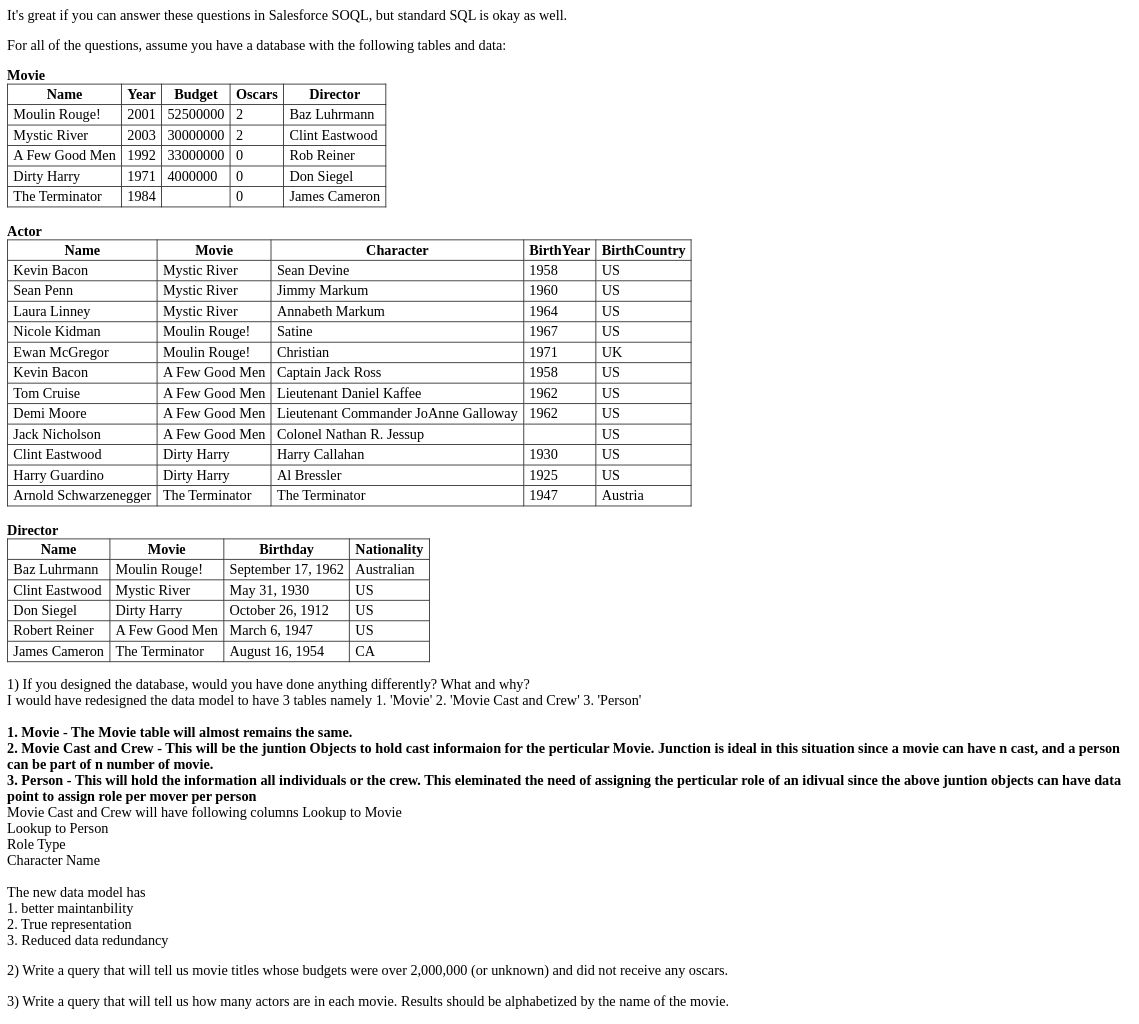
Repository: akhil33/AFFRM
Page: AFFIRM-NON-SFDC/Database.html
An editor plug-in stored every save of this project. The page is shown before and after the next save, followed by the edit.
The browser window is 1280 px wide. The pictures show the whole page, at 89% of full size.

Above is the page before, as saved 2022-04-07 21:11:53.

### AFFIRM-NON-SFDC/Database.html
<html>
	<head>
		<style type="text/css">
			table { border-collapse: collapse; border: solid 1px black; }
			td, th { border: solid 1px #333; padding: 2px 6px; }
		</style>
	</head>

	<body>
		<p>It's great if you can answer these questions in Salesforce SOQL, but standard SQL is okay as well.</p>

		<p>For all of the questions, assume you have a database with the following tables and data:</p>

		<b>Movie</b>
		<table>
			<tr>
				<th>Name</th>
				<th>Year</th>
				<th>Budget</th>
				<th>Oscars</th>
				<th>Director</th>
			</tr>
			<tr>
				<td>Moulin Rouge!</td>
				<td>2001</td>
				<td>52500000</td>
				<td>2</td>
				<td>Baz Luhrmann</td>
			</tr>
			<tr>
				<td>Mystic River</td>
				<td>2003</td>
				<td>30000000</td>
				<td>2</td>
				<td>Clint Eastwood</td>
			</tr>
			<tr>
				<td>A Few Good Men</td>
				<td>1992</td>
				<td>33000000</td>
				<td>0</td>
				<td>Rob Reiner</td>
			</tr>
			<tr>
				<td>Dirty Harry</td>
				<td>1971</td>
				<td>4000000</td>
				<td>0</td>
				<td>Don Siegel</td>
			</tr>
			<tr>
				<td>The Terminator</td>
				<td>1984</td>
				<td></td>
				<td>0</td>
				<td>James Cameron</td>
			</tr>
		</table>

		<br/>
		<b>Actor</b>
		<table>
			<tr>
				<th>Name</th>
				<th>Movie</th>
				<th>Character</th>
				<th>BirthYear</th>
				<th>BirthCountry</th>
			</tr>
			<tr>
				<td>Kevin Bacon</td>
				<td>Mystic River</td>
				<td>Sean Devine</td>
				<td>1958</td>
				<td>US</td>
			</tr>
			<tr>
				<td>Sean Penn</td>
				<td>Mystic River</td>
				<td>Jimmy Markum</td>
				<td>1960</td>
				<td>US</td>
			</tr>
			<tr>
				<td>Laura Linney</td>
				<td>Mystic River</td>
				<td>Annabeth Markum</td>
				<td>1964</td>
				<td>US</td>
			</tr>
			<tr>
				<td>Nicole Kidman</td>
				<td>Moulin Rouge!</td>
				<td>Satine</td>
				<td>1967</td>
				<td>US</td>
			</tr>
			<tr>
				<td>Ewan McGregor</td>
				<td>Moulin Rouge!</td>
				<td>Christian</td>
				<td>1971</td>
				<td>UK</td>
			</tr>
			<tr>
				<td>Kevin Bacon</td>
				<td>A Few Good Men</td>
				<td>Captain Jack Ross</td>
				<td>1958</td>
				<td>US</td>
			</tr>
			<tr>
				<td>Tom Cruise</td>
				<td>A Few Good Men</td>
				<td>Lieutenant Daniel Kaffee</td>
				<td>1962</td>
				<td>US</td>
			</tr>
			<tr>
				<td>Demi Moore</td>
				<td>A Few Good Men</td>
				<td>Lieutenant Commander JoAnne Galloway</td>
				<td>1962</td>
				<td>US</td>
			</tr>
			<tr>
				<td>Jack Nicholson</td>
				<td>A Few Good Men</td>
				<td>Colonel Nathan R. Jessup</td>
				<td></td>
				<td>US</td>
			</tr>
			<tr>
				<td>Clint Eastwood</td>
				<td>Dirty Harry</td>
				<td>Harry Callahan</td>
				<td>1930</td>
				<td>US</td>
			</tr>
			<tr>
				<td>Harry Guardino</td>
				<td>Dirty Harry</td>
				<td>Al Bressler</td>
				<td>1925</td>
				<td>US</td>
			</tr>
			<tr>
				<td>Arnold Schwarzenegger</td>
				<td>The Terminator</td>
				<td>The Terminator</td>
				<td>1947</td>
				<td>Austria</td>
			</tr>
		</table>

		<br/>
		<b>Director</b>
		<table>
			<tr>
				<th>Name</th>
				<th>Movie</th>
				<th>Birthday</th>
				<th>Nationality</th>
			</tr>
			<tr>
				<td>Baz Luhrmann</td>
				<td>Moulin Rouge!</td>
				<td>September 17, 1962</td>
				<td>Australian</td>
			</tr>
			<tr>
				<td>Clint Eastwood</td>
				<td>Mystic River</td>
				<td>May 31, 1930</td>
				<td>US</td>
			</tr>
			<tr>
				<td>Don Siegel</td>
				<td>Dirty Harry</td>
				<td>October 26, 1912</td>
				<td>US</td>
			</tr>
			<tr>
				<td>Robert Reiner</td>
				<td>A Few Good Men</td>
				<td>March 6, 1947</td>
				<td>US</td>
			</tr>
			<tr>
				<td>James Cameron</td>
				<td>The Terminator</td>
				<td>August 16, 1954</td>
				<td>CA</td>
			</tr>
		</table>


		<p>1) If you designed the database, would you have done anything differently? What and why?
			<br>
			I would have redesigned the data model to have 3 tables namely 1. 'Movie' 2. 'Movie Cast and Crew' 3. 'Person'
			<br><br><strong>
			1. Movie - The Movie table will almost remains the same. <br>
			2. Movie Cast and Crew - This will be the juntion Objects to hold cast informaion for the perticular Movie. Junction is ideal in this situation since a movie can have n cast, and a person can be part of n number of movie.<br>
			3. Person - This will hold the information all individuals or the crew. This eleminated the need of assigning the perticular role of an idivual since the above juntion objects can have data point to assign role per mover per person
			<br></strong>
			Movie Cast and Crew will have following columns
				Lookup to Movie 	<br>
				Lookup to Person <br>
				Role Type	<br>
				Character Name <br> <br>


			The new data model has <br>
			1. better maintanbility<br>
			2. True representation<br>
			3. Reduced data redundancy<br>

		<p>2) Write a query that will tell us movie titles whose budgets were over 2,000,000 (or unknown) and did not receive any oscars.

		<!--
			<p> select Name from Movie where Oscars = 0   // this querty will fetch the results mentioned but not a better coding style</p>
			<p> Select Name from Movie where Oscars = 0 and (Budget is null or Budget > 2000000)  // preferred.</p>
		-->

		<p>3) Write a query that will tell us how many actors are in each movie.  Results should be alphabetized by the name of the movie.</p>

		<!--
			<p> Select Movie,Count(Name) from Actor group by Movie test order by Movie asc </p>
		-->



	</body>
</html>

After the next save:
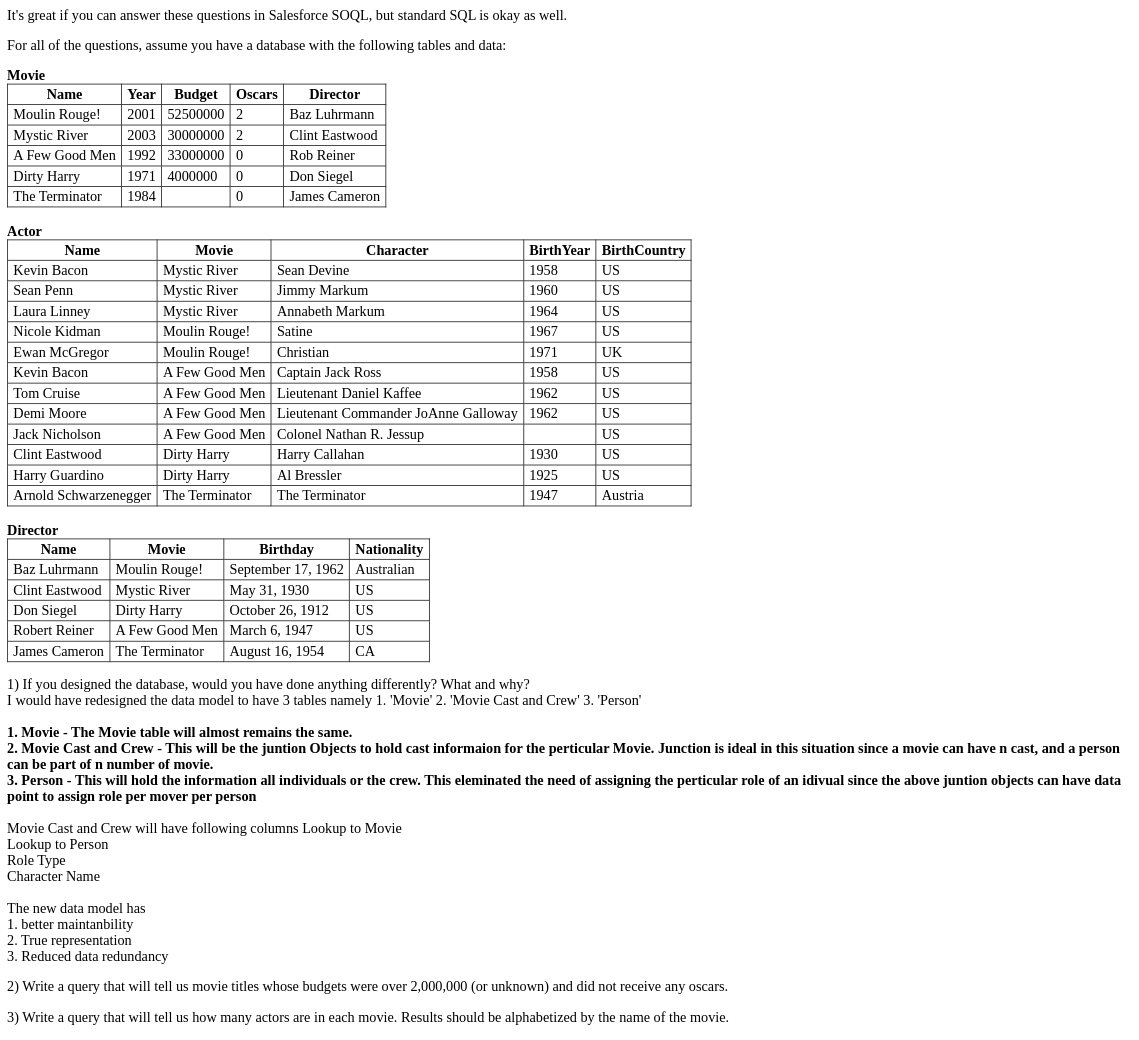
Saved 18 s later.
--- a/AFFIRM-NON-SFDC/Database.html
+++ b/AFFIRM-NON-SFDC/Database.html
@@ -202,7 +202,7 @@
 			1. Movie - The Movie table will almost remains the same. <br>
 			2. Movie Cast and Crew - This will be the juntion Objects to hold cast informaion for the perticular Movie. Junction is ideal in this situation since a movie can have n cast, and a person can be part of n number of movie.<br>
 			3. Person - This will hold the information all individuals or the crew. This eleminated the need of assigning the perticular role of an idivual since the above juntion objects can have data point to assign role per mover per person
-			<br></strong>
+			<br></strong><br>
 			Movie Cast and Crew will have following columns
 				Lookup to Movie 	<br>
 				Lookup to Person <br>
